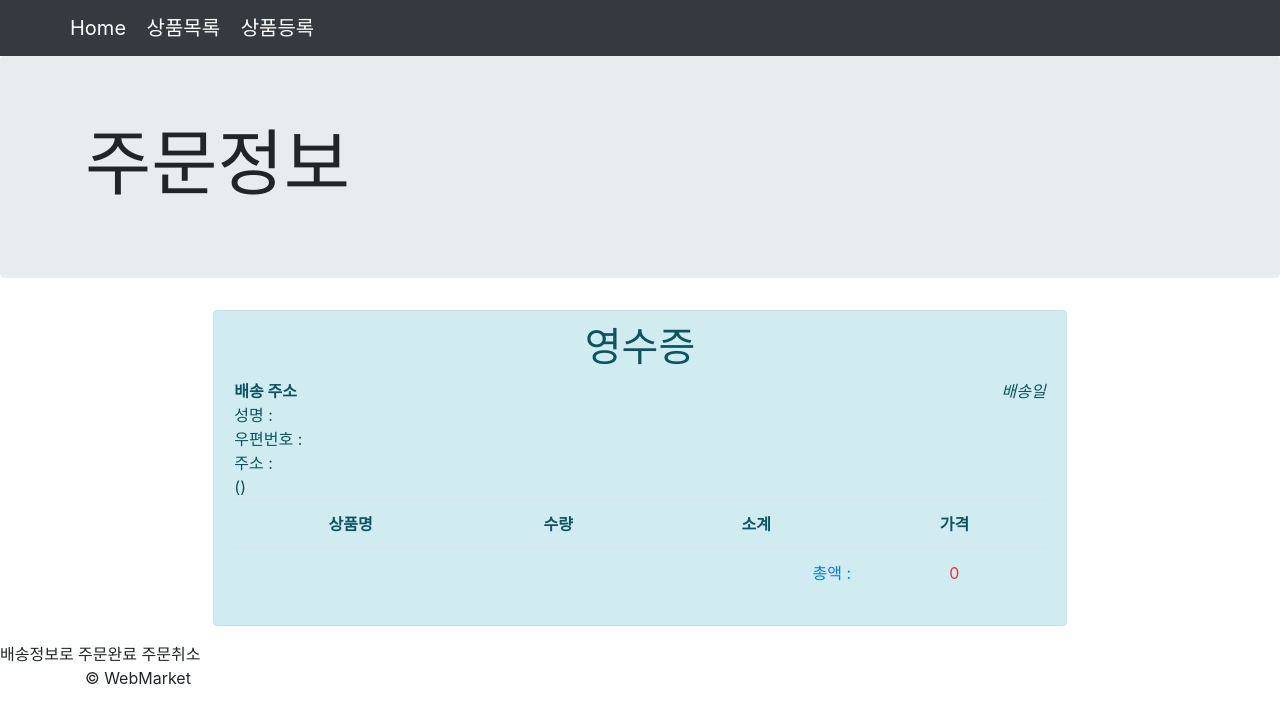
Repository: davisbyun/ai
Page: http://localhost/WebMarket/orderConfirmation.jsp
The author's editor kept a copy of each file at every save. The page is drawn from the files as they stood at one save, then again after the next save.
The browser window is 1280 px wide. The pictures show the whole page.
The page is served by Tomcat 9. Other server files are loaded and not shown.

Above is the page before, as saved 2024-01-25 06:18:13.

### WebMarket/src/main/webapp/orderConfirmation.jsp
<%@page import="java.net.URLDecoder"%>
<%@ page language="java" contentType="text/html; charset=UTF-8"
    pageEncoding="UTF-8"%>
<%@ page import="java.net.URL" %>
<%@ page import="dao.ProductRepository" %>
<%@ page import="dto.Product" %>
<%@ page import="java.util.*" %>

<%--1단계 모든 정보 가져오기, 2단계 보여주기 --%>
<!DOCTYPE html>
<html>
<head>
<meta charset="UTF-8">
<title>orderConfirmation.jsp 주문정보 페이지 영수증 보이기</title>
<link rel="stylesheet" href="./css/bootstrap.min.css"/>
</head>
<body>
	<%
	 	request.setCharacterEncoding("utf-8");

		String cartId = session.getId();

		String vCartId = "";
		String vCartname ="";
		String vCartSD = "";
		String vCartCountry ="";
		String vCartZip = "";
		String vCartAN ="";

		//쿠키들을 배열에 담아서 가져오기
		Cookie[] c = request.getCookies();

		if(c != null ) {
			for(int i =0; i < c.length; i++ ) {
				Cookie t = c[i]; //쿠키배열의 0열에 있는 쿠키를 t변수에 담는다.
				String cn = t.getName(); //쿠키명을 얻는다.
				if(cn.equals("scartId") ) vCartId = URLDecoder.decode(t.getValue(), "utf-8");
				if(cn.equals("scartname") ) vCartname = URLDecoder.decode(t.getValue(), "utf-8");
				if(cn.equals("scartSD") ) vCartSD = URLDecoder.decode(t.getValue(), "utf-8");
				if(cn.equals("scartCountry") ) vCartCountry = URLDecoder.decode(t.getValue(), "utf-8");
				if(cn.equals("scartZip") ) vCartZip = URLDecoder.decode(t.getValue(), "utf-8");
				if(cn.equals("scartAN") ) vCartAN = URLDecoder.decode(t.getValue(), "utf-8");
			}
		}
	%>
<%--2단계 정보보이기 --%>
<jsp:include page="menu.jsp"></jsp:include>
 <div class="jumbotron">
    <div class="container">
        <h1 class="display-3"> 주문정보 </h1>
    </div>
 </div>
 <div class="container col-8 alert alert-info ">
    <div class="text-center">
      <h1> 영수증 </h1>
    </div>
    <div class="row justify-content-between">
      <div class="col-4" align="left">
      <strong> 배송 주소 </strong> <br>
      		   성명 : <%= vCartname %><br>
      		   우편번호 : <%= vCartZip %><br>
      		   주소 : <%= vCartAN %><br>
      		   (<%= vCartCountry %>)
      </div>
      <div class="col-4" align="right">
         <p> <em> 배송일</em> <%= vCartSD %>
      </div>
      </div>
      <table class="table table-hover">
      <tr> <th class="text-center"> 상품명 </th> <th class="text-center"> 수량 </th>
           <th class="text-center"> 소계 </th> <th class="text-center"> 가격 </th>
      </tr>
           <%
      		 int sum = 0;
             ArrayList<Product> ct = (ArrayList<Product>) session.getAttribute("cartlist");
             if (ct == null){
            	 ct = new ArrayList<Product>();
             }
             for (int i =0; i < ct.size(); i++) {
				Product p = ct.get(i);
				int total = p.getQuantity()* p.getUnitPrice();
				sum = sum + total;

          %>
	       <tr>
	       	 <td class="text-center"> <%= p.getPname() %> </td>
	       	 <td class="text-center"> <%= p.getQuantity() %> </td>
	       	 <td class="text-center"> <%= p.getUnitPrice() %> </td>
	       	 <td class="text-center"> <%= total %></td>
	       </tr>

          <%
           }
          %>

          <tr> <td></td> <td></td>
          	   <td class="text-right text-primary"> 총액 :  </td>
          	   <td class="text-center text-danger"> <%= sum %></td> </tr>

      </table>
      </div>
      <div>
      	<a herf="./shippingInfo.jsp?cartId=<%= cartId %> ">배송정보로</a>
      	<a herf="./thankCusomer.jsp">주문완료</a>
      	<a herf="./checkOutCancelled.jsp">주문취소</a>



   </div>

    </div>
 </div>



<jsp:include page="footer.jsp"></jsp:include>
</body>
</html>

### WebMarket/src/main/webapp/menu.jsp
<%@ page language="java" contentType="text/html; charset=UTF-8"
    pageEncoding="UTF-8"%>
<!DOCTYPE html>
<html>
<head>
<meta charset="UTF-8">
<title>Insert title here</title>
<link rel="stylesheet" href="https://cdn.jsdelivr.net/npm/bootstrap@4.0.0/dist/css/bootstrap.min.css" integrity="sha384-Gn5384xqQ1aoWXA+058RXPxPg6fy4IWvTNh0E263XmFcJlSAwiGgFAW/dAiS6JXm" crossorigin="anonymous">
</head>
<body>
	 <nav class="navbar navbar-expand navbar-dark bg-dark">
    <div class="container">
        <div class="navbar-header">
            <a class="navbar-brand" href="./welcome.jsp">Home</a>
            <a class="navbar-brand" href="./welcome.jsp">상품목록</a>
            <a class="navbar-brand" href="./welcome.jsp">상품등록</a>
         </div>
     </div>
   </nav>
</body>
</html>

### WebMarket/src/main/webapp/footer.jsp
<%@ page language="java" contentType="text/html; charset=UTF-8"
    pageEncoding="UTF-8"%>
<!DOCTYPE html>
<html>
<head>
<meta charset="UTF-8">
<title>Insert title here</title>
 <link rel="stylesheet" href="https://cdn.jsdelivr.net/npm/bootstrap@4.0.0/dist/css/bootstrap.min.css" integrity="sha384-Gn5384xqQ1aoWXA+058RXPxPg6fy4IWvTNh0E263XmFcJlSAwiGgFAW/dAiS6JXm" crossorigin="anonymous">
</head>
<body>
     <footer class="container">
	    <p>&copy; WebMarket</p>
	 </footer>
</body>
</html>

Loaded but not shown: WebMarket/src/main/webapp/css/bootstrap.min.css (library)

After the next save:
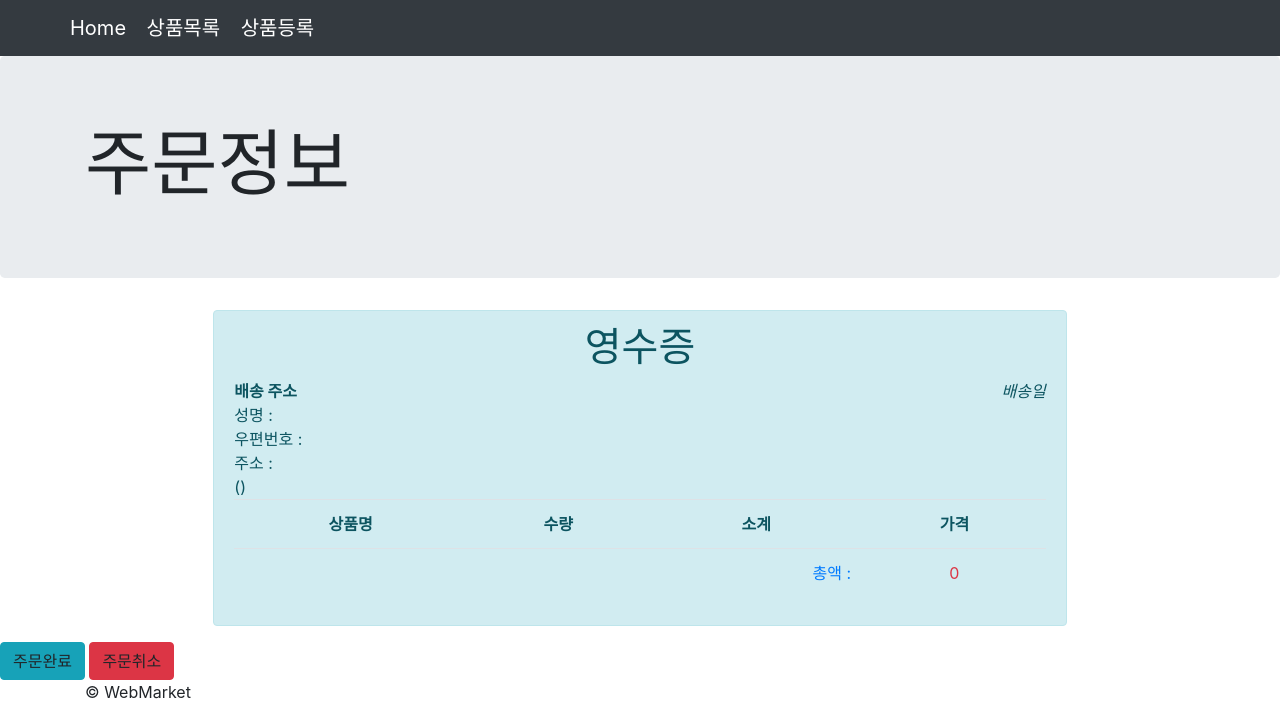
Saved 2 min 11 s later.
--- a/WebMarket/src/main/webapp/orderConfirmation.jsp
+++ b/WebMarket/src/main/webapp/orderConfirmation.jsp
@@ -100,9 +100,9 @@
       </table>
       </div>
       <div>
-      	<a herf="./shippingInfo.jsp?cartId=<%= cartId %> ">배송정보로</a>
-      	<a herf="./thankCusomer.jsp">주문완료</a>
-      	<a herf="./checkOutCancelled.jsp">주문취소</a>
+      	<a herf="./shippingInfo.jsp?cartId=<%= cartId %> " class="btn btn-info >배송정보로</a>
+      	<a herf="./thankCusomer.jsp" class="btn btn-success">주문완료</a>
+      	<a herf="./checkOutCancelled.jsp" class="btn btn-danger" >주문취소</a>
 
 
 
